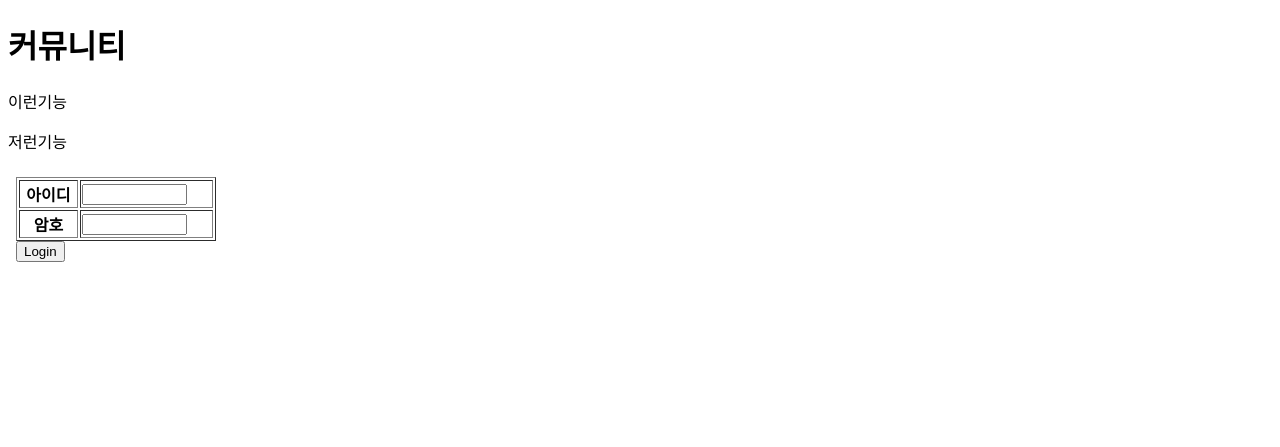
Repository: sungken/JSP
Page: http://localhost/JSPTest/ex04.jsp
An editor plug-in stored every save of this project. The page is shown before and after the next save, followed by the edit.
The browser window is 1280 px wide. The pictures show the whole page.
The page is served by Tomcat 9.

Above is the page before, as saved 2024-04-01 06:21:27.

After the next save:
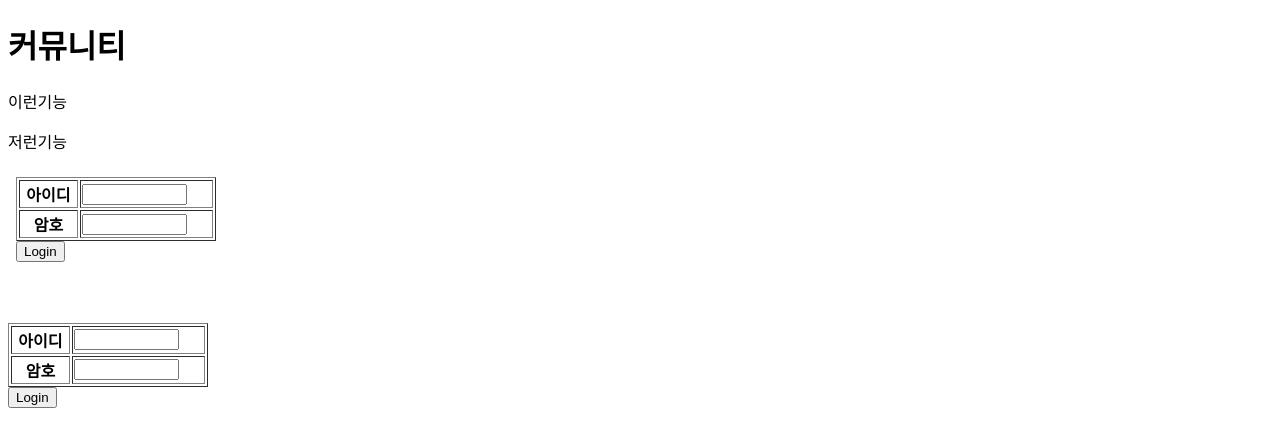
Saved 34 s later.
--- a/JSPTest/src/main/webapp/ex04.jsp
+++ b/JSPTest/src/main/webapp/ex04.jsp
@@ -22,5 +22,7 @@
 	<!-- 외부 페이지 삽입 -->
 	<iframe src="login.jsp" frameborder="0"></iframe>
 
+	<%@ include file="login.jsp" %>
+
 </body>
 </html>
